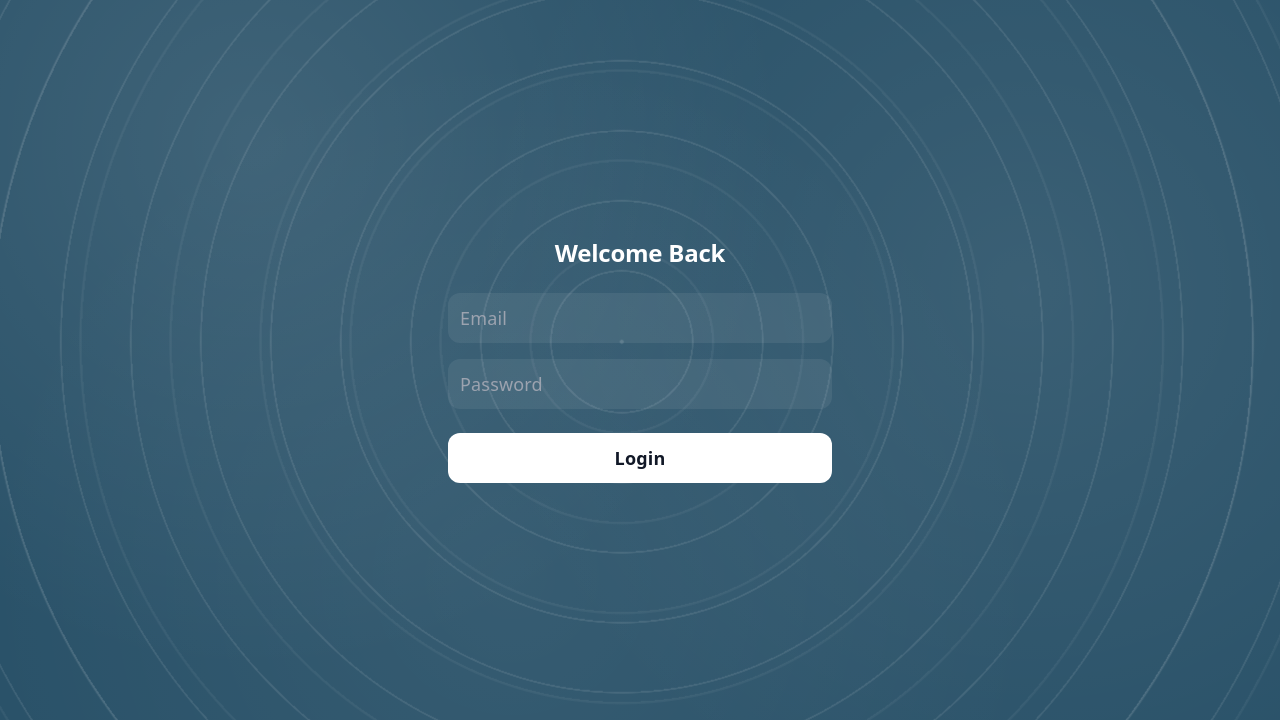
Repository: Farazdaq/stripe-payment-integration
Page: /dashboard (app in stripe-integration-react-dashboard/)
These files come from the project's save history. The page is drawn as it stood at one moment and after the next save; the edit follows.
The browser window is 1280 px wide. The pictures show the whole page.
Some web fonts or font styles are not loaded; a fallback is used. The project was rebuilt for these pictures with package versions that can differ from the ones it lists, and the page was loaded fresh each time. Also part of the build but not shown: stripe-integration-react-dashboard/vite.config.ts, stripe-integration-react-dashboard/src/App.css.

Above is the page before, as saved 2026-05-16 13:20:08.

### stripe-integration-react-dashboard/index.html
<!doctype html>
<html lang="en">
  <head>
    <meta charset="UTF-8" />
    <link rel="icon" type="image/svg+xml" href="/favicon.svg" />
    <meta name="viewport" content="width=device-width, initial-scale=1.0" />
    <title>web-app</title>
  </head>
  <body>
    <div id="root"></div>
    <script type="module" src="/src/main.tsx"></script>
  </body>
</html>

### stripe-integration-react-dashboard/src/index.css
@import url("https://fonts.googleapis.com/css2?family=Chonburi&display=swap");
@tailwind base;
@tailwind components;
@tailwind utilities;

/* =========================
   THEME VARIABLES
========================= */
:root {
  --text: #6b6375;
  --text-h: #08060d;
  --bg: #ffffff;
  --border: #e5e4e7;
  --code-bg: #f4f3ec;

  --accent: #aa3bff;
  --accent-bg: rgba(170, 59, 255, 0.1);
  --accent-border: rgba(170, 59, 255, 0.5);

  --social-bg: rgba(244, 243, 236, 0.5);

  --shadow:
    rgba(0, 0, 0, 0.1) 0 10px 15px -3px, rgba(0, 0, 0, 0.05) 0 4px 6px -2px;

  --sans: system-ui, "Segoe UI", Roboto, sans-serif;
  --heading: system-ui, "Segoe UI", Roboto, sans-serif;
  --mono: ui-monospace, Consolas, monospace;
}

/* =========================
   DARK MODE (system-based)
   ⚠️ later you can replace with .dark class
========================= */
@media (prefers-color-scheme: dark) {
  :root {
    --text: #9ca3af;
    --text-h: #f3f4f6;
    --bg: #16171d;
    --border: #2e303a;
    --code-bg: #1f2028;

    --accent: #c084fc;
    --accent-bg: rgba(192, 132, 252, 0.15);
    --accent-border: rgba(192, 132, 252, 0.5);

    --social-bg: rgba(47, 48, 58, 0.5);

    --shadow:
      rgba(0, 0, 0, 0.4) 0 10px 15px -3px, rgba(0, 0, 0, 0.25) 0 4px 6px -2px;
  }
}

/* =========================
   ROOT FIX (IMPORTANT)
   THIS FIXES YOUR LAYOUT ISSUE
========================= */
#root {
  width: 100%;
  min-height: 100vh;
  margin: 0;
  display: flex;
  flex-direction: column;
  box-sizing: border-box;
}

/* =========================
   GLOBAL RESET
========================= */
body {
  margin: 0;
  background: var(--bg);
  color: var(--text);
  font: 18px/145% var(--sans);
  letter-spacing: 0.18px;
  -webkit-font-smoothing: antialiased;
  -moz-osx-font-smoothing: grayscale;
}

/* =========================
   TYPOGRAPHY
========================= */
h1,
h2 {
  font-family: var(--heading);
  font-weight: 500;
  color: var(--text-h);
}

h1 {
  font-size: 56px;
  letter-spacing: -1.68px;
  margin: 32px 0;
}

h2 {
  font-size: 24px;
  line-height: 118%;
  letter-spacing: -0.24px;
  margin: 0 0 8px;
}

p {
  margin: 0;
}

/* =========================
   CODE BLOCKS
========================= */
code,
.counter {
  font-family: var(--mono);
  display: inline-flex;
  border-radius: 4px;
  color: var(--text-h);
}

code {
  font-size: 15px;
  line-height: 135%;
  padding: 4px 8px;
  background: var(--code-bg);
}

### stripe-integration-react-dashboard/src/App.tsx
import "./App.css";
import { RouterProvider } from "react-router-dom";
import { router } from "./routes";
import { ThemeProvider } from "./theme/ThemeProvider";
import "./i18n/i18n";

function App() {
  return (
    <ThemeProvider>
      <RouterProvider router={router} />
    </ThemeProvider>
  );
}

export default App;

### stripe-integration-react-dashboard/src/routes.tsx
import { createBrowserRouter } from "react-router-dom"; // Import the necessary components for routing
import DashboardLayout from "./features/dashboard/layout/DashboardLayout"; // Import the layout component for the dashboard, which will be used as a wrapper for the child routes.
import LoginScreen from "./features/dashboard/pages/LoginScreen";

// Define the router configuration using createBrowserRouter
// The router is structured as follows:
// - The root path ("/") uses the DashboardLayout component as its element.
// - The DashboardLayout component has child routes
// - The index route ("/") renders the DashboardPage component.

export const router = createBrowserRouter([
  // MAIN APP
  {
    path: "/",
    element: "App page",
  },

  // DASHBOARD
  {
    path: "/dashboard",
    element: <LoginScreen />,
  },
]);

### stripe-integration-react-dashboard/src/theme/ThemeProvider.tsx
import { useState } from "react";
import type { ReactNode } from "react";
import { themes } from "./theme.config";
import { ThemeContext, type ThemeMode } from "./theme.context";

type Props = {
  children: ReactNode;
};

export function ThemeProvider({ children }: Props) {
  const [mode, setMode] = useState<ThemeMode>("dark");

  const theme = themes[mode];

  return (
    <ThemeContext.Provider value={{ mode, setMode, theme }}>
      <div
        style={{
          backgroundColor: theme.colors.bg,
          color: theme.colors.text,
          minHeight: "100vh",
          transition: "0.3s ease",
        }}
      >
        {children}
      </div>
    </ThemeContext.Provider>
  );
}

### stripe-integration-react-dashboard/src/i18n/i18n.ts
import i18n from "i18next";
import { initReactI18next } from "react-i18next";

import en from "./locales/en.json";
import ar from "./locales/ar.json";

i18n.use(initReactI18next).init({
  resources: {
    en: { translation: en },
    ar: { translation: ar },
  },

  lng: "en",
  fallbackLng: "en",

  interpolation: {
    escapeValue: false,
  },
});

export default i18n;

### stripe-integration-react-dashboard/src/features/dashboard/pages/LoginScreen.tsx
import React, { useState } from "react";
import { useTheme } from "../../../theme/useTheme";

export default function LoginScreen() {
  const { theme } = useTheme();

  const [email, setEmail] = useState("");
  const [password, setPassword] = useState("");
  const [error, setError] = useState<string | null>(null);

  const handleLogin = () => {
    setError(null);

    if (email === "test@test.com" && password === "123") {
      alert("Login success ✅");
    } else {
      setError("Invalid email or password");
    }
  };

  return (
    <div
      className="w-full h-screen flex items-center justify-center relative overflow-hidden"
      style={{
        backgroundColor: theme.colors.containerCopBackgroundColor,
      }}
    >
      {/* 🌊 CLEAR CURVED BACKGROUND */}
      <div className="curved-bg" />

      {/* LOGIN CARD */}
      <div className="relative z-10 w-[92%] max-w-md p-8">
        <h2 className="text-center text-2xl font-semibold mb-6 text-white">
          Welcome Back
        </h2>

        <div className="flex flex-col gap-4">
          <input
            type="email"
            placeholder="Email"
            value={email}
            onChange={(e) => setEmail(e.target.value)}
            className="w-full p-3 rounded-xl outline-none"
            style={{
              backgroundColor: "rgba(255,255,255,0.07)",
              color: "#fff",
            }}
          />

          <input
            type="password"
            placeholder="Password"
            value={password}
            onChange={(e) => setPassword(e.target.value)}
            className="w-full p-3 rounded-xl outline-none"
            style={{
              backgroundColor: "rgba(255,255,255,0.07)",
              color: "#fff",
            }}
          />
        </div>

        {error && (
          <div className="text-red-400 text-sm mt-3 text-center">{error}</div>
        )}

        <button
          onClick={handleLogin}
          className="w-full mt-6 p-3 rounded-xl font-semibold"
          style={{
            backgroundColor: "#ffffff",
            color: "#111827",
          }}
        >
          Login
        </button>
      </div>

      {/* 🌊 STRONG CURVED LINES STYLE */}
      <style>{`
        .curved-bg {
          position: absolute;
          inset: 0;
          overflow: hidden;
          background: radial-gradient(
              circle at 20% 20%,
              rgba(255,255,255,0.10),
              transparent 45%
            ),
            radial-gradient(
              circle at 80% 40%,
              rgba(255,255,255,0.08),
              transparent 50%
            ),
            radial-gradient(
              circle at 40% 80%,
              rgba(255,255,255,0.06),
              transparent 55%
            );
        }

        .curved-bg::before,
        .curved-bg::after {
          content: "";
          position: absolute;
          width: 200%;
          height: 200%;
          top: -50%;
          left: -50%;

          /* 🔥 stronger + clearer lines */
          background: repeating-radial-gradient(
            circle,
            rgba(255,255,255,0.10) 0px,
            rgba(255,255,255,0.10) 1.5px,
            transparent 2px,
            transparent 70px
          );

          animation: moveCurves 18s linear infinite;
        }

        .curved-bg::after {
          transform: rotate(25deg);
          opacity: 0.7;
          background: repeating-radial-gradient(
            circle,
            rgba(255,255,255,0.08) 0px,
            rgba(255,255,255,0.08) 2px,
            transparent 3px,
            transparent 90px
          );
        }

        @keyframes moveCurves {
          from {
            transform: translate(0, 0);
          }
          to {
            transform: translate(-60px, -60px);
          }
        }
      `}</style>
    </div>
  );
}

### stripe-integration-react-dashboard/src/theme/theme.config.ts
export const themes = {
  light: {
    colors: {
      bg: "#f9fafb",
      text: "#111827",
      containerCopBackgroundColor: "#2A5269",
      borderColor: "#111827",
      sidebar: "#ffffff",
      textSideBarItem: "#E0E0DD",
      pageControllerBarColor: "#2A5269",
      textSideBarItemSelected: "#E0E0DD",
      navbar: "#ffffff",
      border: "#e5e7eb",
      lineDivider: "#E0E0DD",
      chartColor: "#E0E0DD",
    },
  },

  dark: {
    colors: {
      bg: "#E0E0DD",
      text: "#E0E0DD",
      containerCopBackgroundColor: "#2A5269",
      pageControllerBarColor: "#2A5269",
      borderColor: "#E0E0DD",
      sidebar: "#2A5269",
      textSideBarItemSelected: "#2A5269",
      textSideBarItem: "#E0E0DD",
      navbar: "#2A5269",
      border: "#334155",
      lineDivider: "#E0E0DD",
      chartColor: "#E0E0DD",
    },
  },
};

### stripe-integration-react-dashboard/src/theme/theme.context.ts
import { createContext } from "react";
import { themes } from "./theme.config";

export type ThemeMode = "light" | "dark";

// 👇 infer theme structure from your config
export type Theme = (typeof themes)["light"];

export type ThemeContextType = {
  mode: ThemeMode;
  setMode: (mode: ThemeMode) => void;
  theme: Theme;
};

export const ThemeContext = createContext<ThemeContextType | null>(null);

### stripe-integration-react-dashboard/src/i18n/locales/en.json
{
  "dashboard": {
    "title": "Dashboard"
  },
  "sidebar": {
    "users": "Users"
  }
}

### stripe-integration-react-dashboard/src/i18n/locales/ar.json
{
  "dashboard": {
    "title": "لوحة التحكم"
  },
  "sidebar": {
    "users": "المستخدمين"
  }
}

### stripe-integration-react-dashboard/src/theme/useTheme.ts
import { useContext } from "react";
import { ThemeContext } from "./theme.context";

export function useTheme() {
  const context = useContext(ThemeContext);

  if (!context) {
    throw new Error("useTheme must be used inside ThemeProvider");
  }

  return context;
}

Loaded but not shown: stripe-integration-react-dashboard/src/main.tsx (common file); stripe-integration-react-dashboard/tailwind.config.js (common file)

After the next save:
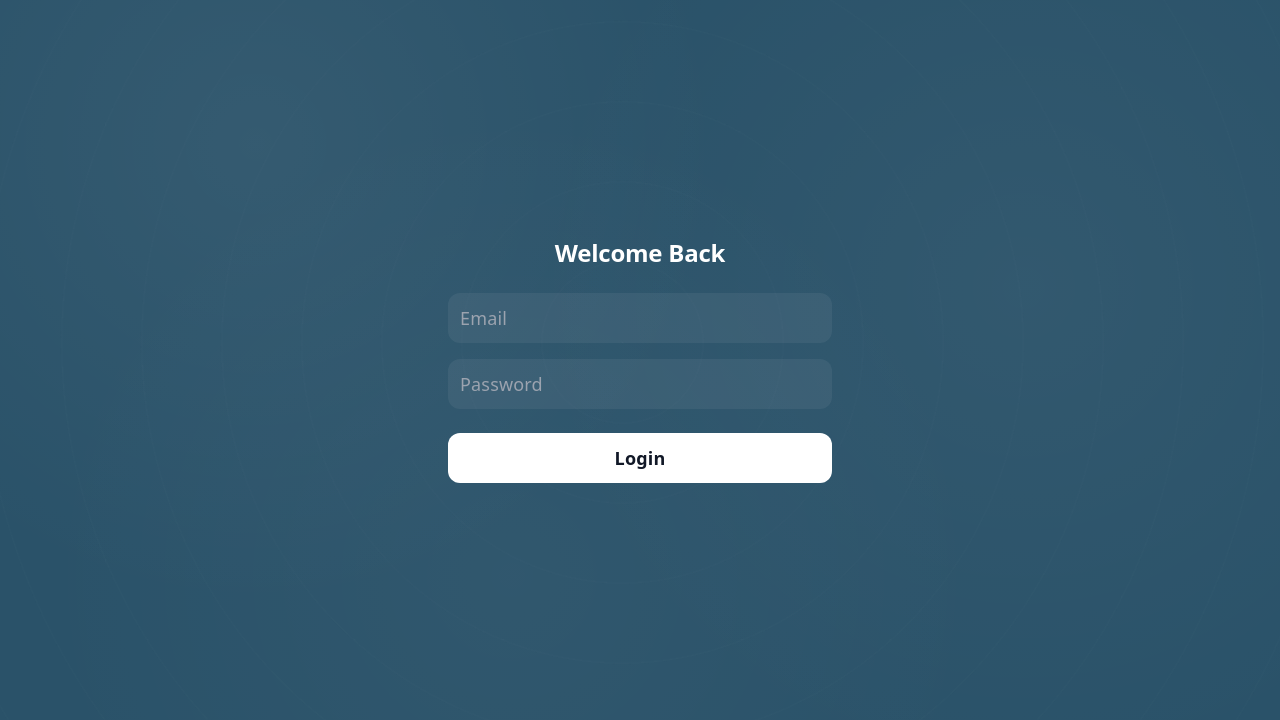
Saved 7 s later.
--- a/stripe-integration-react-dashboard/src/features/dashboard/pages/LoginScreen.tsx
+++ b/stripe-integration-react-dashboard/src/features/dashboard/pages/LoginScreen.tsx
@@ -10,6 +10,11 @@ export default function LoginScreen() {
 
   const handleLogin = () => {
     setError(null);
+
+    if (!email || !password) {
+      setError("Please fill all fields");
+      return;
+    }
 
     if (email === "test@test.com" && password === "123") {
       alert("Login success ✅");
@@ -25,7 +30,7 @@ export default function LoginScreen() {
         backgroundColor: theme.colors.containerCopBackgroundColor,
       }}
     >
-      {/* 🌊 CLEAR CURVED BACKGROUND */}
+      {/* 🌊 CURVED BACKGROUND LINES */}
       <div className="curved-bg" />
 
       {/* LOGIN CARD */}
@@ -42,7 +47,7 @@ export default function LoginScreen() {
             onChange={(e) => setEmail(e.target.value)}
             className="w-full p-3 rounded-xl outline-none"
             style={{
-              backgroundColor: "rgba(255,255,255,0.07)",
+              backgroundColor: "rgba(255,255,255,0.06)",
               color: "#fff",
             }}
           />
@@ -54,7 +59,7 @@ export default function LoginScreen() {
             onChange={(e) => setPassword(e.target.value)}
             className="w-full p-3 rounded-xl outline-none"
             style={{
-              backgroundColor: "rgba(255,255,255,0.07)",
+              backgroundColor: "rgba(255,255,255,0.06)",
               color: "#fff",
             }}
           />
@@ -76,7 +81,7 @@ export default function LoginScreen() {
         </button>
       </div>
 
-      {/* 🌊 STRONG CURVED LINES STYLE */}
+      {/* 🌊 CURVED LINES STYLE */}
       <style>{`
         .curved-bg {
           position: absolute;
@@ -84,18 +89,18 @@ export default function LoginScreen() {
           overflow: hidden;
           background: radial-gradient(
               circle at 20% 20%,
-              rgba(255,255,255,0.10),
+              rgba(255,255,255,0.05),
+              transparent 40%
+            ),
+            radial-gradient(
+              circle at 80% 40%,
+              rgba(255,255,255,0.04),
               transparent 45%
             ),
             radial-gradient(
-              circle at 80% 40%,
-              rgba(255,255,255,0.08),
+              circle at 40% 80%,
+              rgba(255,255,255,0.03),
               transparent 50%
-            ),
-            radial-gradient(
-              circle at 40% 80%,
-              rgba(255,255,255,0.06),
-              transparent 55%
             );
         }
 
@@ -107,29 +112,20 @@ export default function LoginScreen() {
           height: 200%;
           top: -50%;
           left: -50%;
-
-          /* 🔥 stronger + clearer lines */
           background: repeating-radial-gradient(
             circle,
-            rgba(255,255,255,0.10) 0px,
-            rgba(255,255,255,0.10) 1.5px,
+            rgba(255,255,255,0.04) 0px,
+            rgba(255,255,255,0.04) 1px,
             transparent 2px,
-            transparent 70px
+            transparent 80px
           );
-
-          animation: moveCurves 18s linear infinite;
+          animation: moveCurves 25s linear infinite;
+          opacity: 0.4;
         }
 
         .curved-bg::after {
           transform: rotate(25deg);
-          opacity: 0.7;
-          background: repeating-radial-gradient(
-            circle,
-            rgba(255,255,255,0.08) 0px,
-            rgba(255,255,255,0.08) 2px,
-            transparent 3px,
-            transparent 90px
-          );
+          opacity: 0.25;
         }
 
         @keyframes moveCurves {
@@ -137,7 +133,7 @@ export default function LoginScreen() {
             transform: translate(0, 0);
           }
           to {
-            transform: translate(-60px, -60px);
+            transform: translate(-80px, -80px);
           }
         }
       `}</style>
